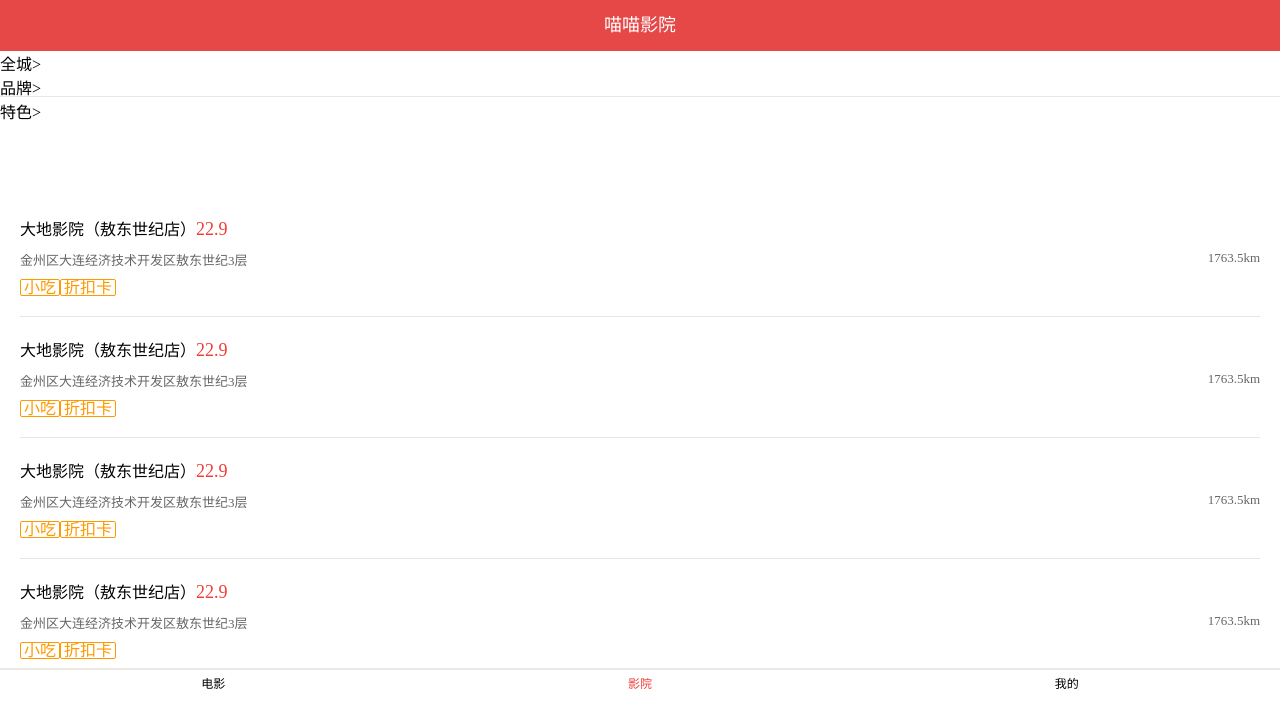
Repository: X-J-0/miaomiao_film
Page: /cinema (app in miaomiao/)
An editor plug-in stored every save of this project. The page is shown before and after the next save, followed by the edit.
The browser window is 1280 px wide. The pictures show the whole page.
The project was rebuilt for these pictures with package versions that can differ from the ones it lists, and the page was loaded fresh each time. Also part of the build but not shown: miaomiao/src/components/Allocate/index.vue. Imported but missing from the stored project, and not drawn on this page: miaomiao/src/components/Brand, miaomiao/src/components/Special.

Above is the page before, as saved 2020-03-24 19:59:32.

After the next save:
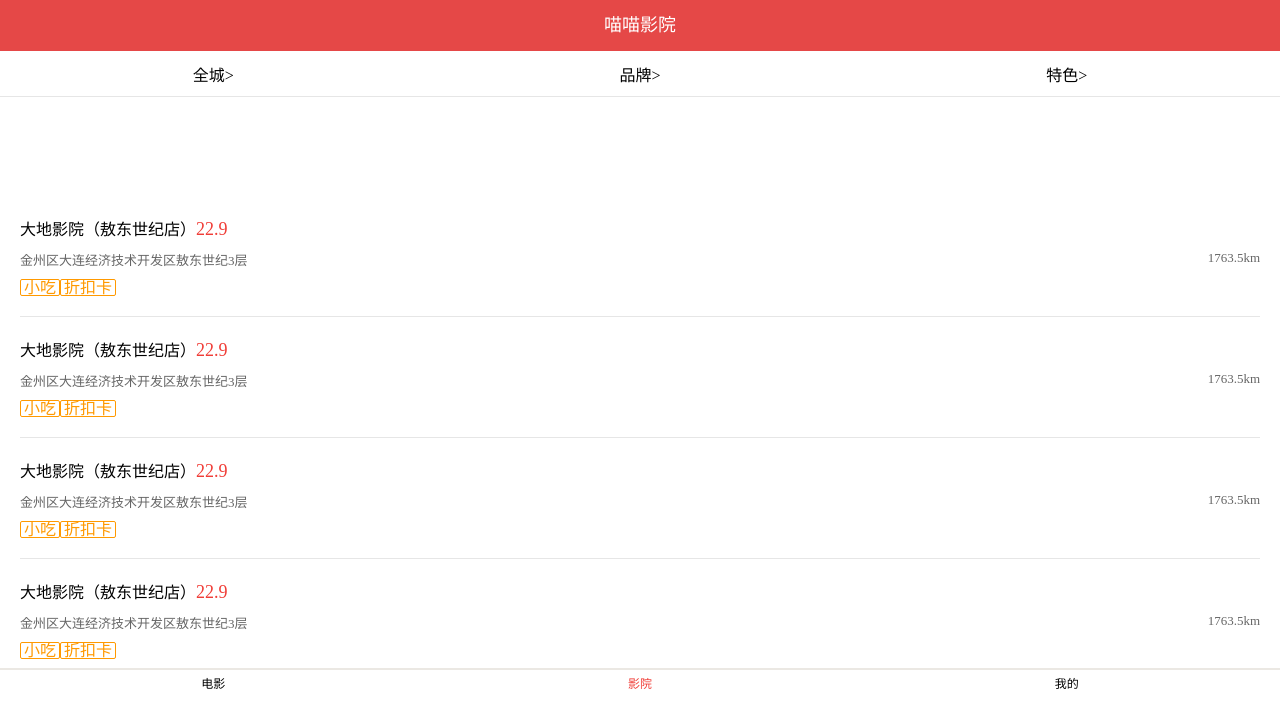
Saved 55 s later.
--- a/miaomiao/src/views/Cinema/index.vue
+++ b/miaomiao/src/views/Cinema/index.vue
@@ -40,5 +40,5 @@ export default {
 </script>
 
 <style scoped>
-#content .cinema_menu{width:100%;height:45px;border-bottom:1px solid #e6e6e6;diaplay:flex;justify-content:space-around;align-items: center;background-color: #fff; ;}
+#content .cinema_menu{width:100%;height:45px;border-bottom:1px solid #e6e6e6;display:flex;justify-content:space-around;align-items: center;background-color: #fff; ;}
 </style>
